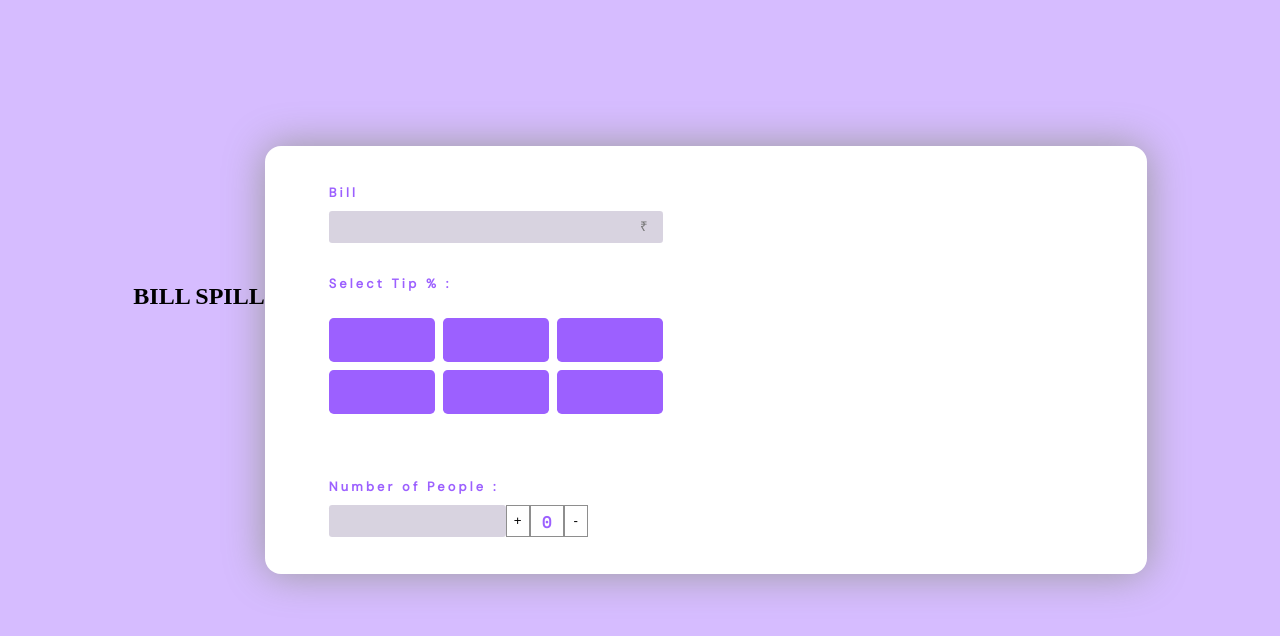
Repository: drumsmanku/micro-project-3
Page: index.html
These files come from the project's save history. The page is drawn as it stood at one moment and after the next save; the edit follows.
The browser window is 1280 px wide. The pictures show the whole page.

Above is the page before, as saved 2023-04-17 19:22:42.

After the next save:
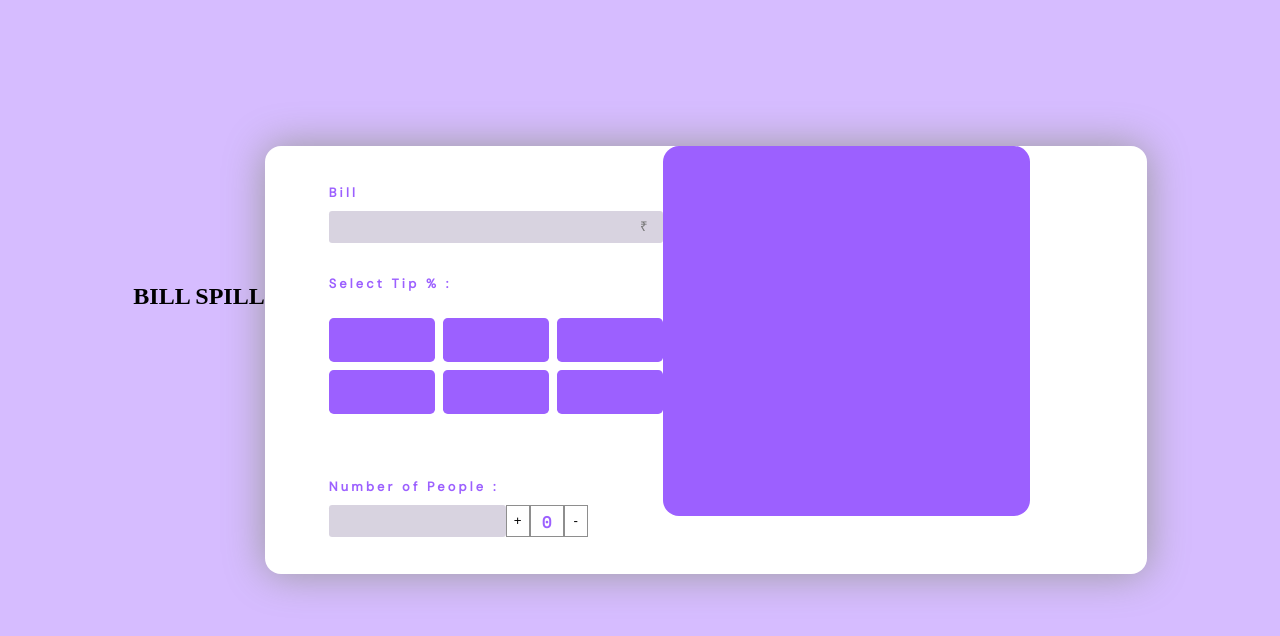
Saved 15 s later.
--- a/styles.css
+++ b/styles.css
@@ -82,6 +82,8 @@ main>h2{
 .right-inside-container{
   width: 367px;
   height: 370px;
+  background-color: #9C60FF;
+  border-radius: 1rem;
 }
 input{
   border-radius: 0.2rem;
